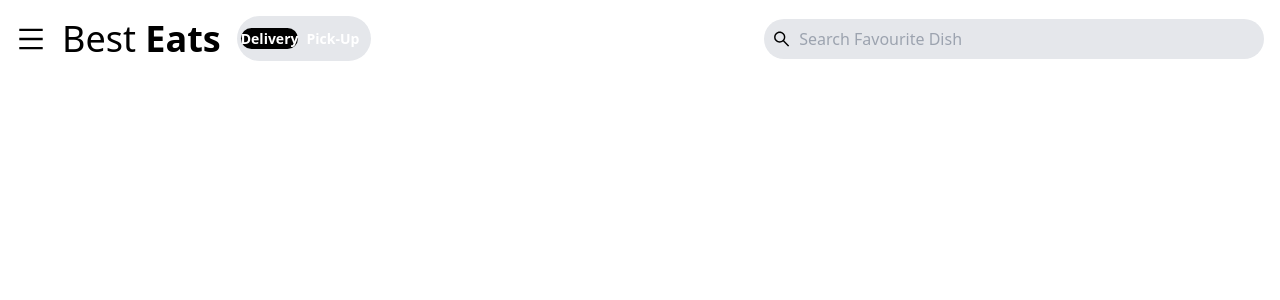
Repository: remydev47/best-eats
Page: /
These files come from the project's save history. The page is drawn as it stood at one moment and after the next save; the edit follows.
The browser window is 1280 px wide. The pictures show the whole page.
The project was rebuilt for these pictures with package versions that can differ from the ones it lists, and the page was loaded fresh each time. Also part of the build but not shown: src/App.css.

Above is the page before, as saved 2022-08-01 20:35:11.

### src/index.css
@tailwind base;
@tailwind components;
@tailwind utilities;

@layer base {
  button {
    @apply border border-black rounded-xl px-5 py-1;
  }
}

### src/App.js
import React from 'react'
import Navbar from './components/Navbar'
import './App.css';

function App() {
  return (
    <div>
      <Navbar />
    </div>
  );
}

export default App;

### src/components/Navbar.js
import React from 'react'
import { AiOutlineMenu, AiOutlineSearch } from 'react-icons/ai'

const Navbar = () => {
  return (
    <div className={styles.container}>
        <div className={styles.wrapper}>
         <div className={styles.iconcontainer}>
             <AiOutlineMenu size={30} />
         </div>
         <h1 className={styles.best}>
            Best <span className='font-bold'>Eats</span>
         </h1>
         <div className={styles.utilcontainer}>
            <p className={styles.delivery}>Delivery</p>
            <p className={styles.pick}>Pick-Up</p>
         </div>
        </div>
        <div className={styles.search}>
          <AiOutlineSearch size={20}/>
          <input
            className='bg-transparent p-2 focus:outline-none w-full'
            placeholder='Search Favourite Dish'
          />
        </div>
    </div>
  )
}

export default Navbar

const styles = {
    container:`flex justify-between mx-auto max-w-[1640px] items-center p-4`,
    wrapper:`flex items-center`,
    iconcontainer:`cursor-pointer`,
    utilcontainer:`hidden lg:flex items-center bg-gray-200 rounded-full p-1 text-[14px]`,
    best:`text-2xl, sm:text-3xl lg:text-4xl px-4`,
    delivery:`bg-black text-white rounded-full font-bold`,
    pick:`p-2 text-white font-bold`,
    search:`bg-gray-200 rounded-full flex items-center px-2 w-[200px] sm:w-[400px] lg:w-[500px]`
}

Loaded but not shown: public/index.html (common file); src/index.js (common file); src/reportWebVitals.js (common file); tailwind.config.js (common file)

After the next save:
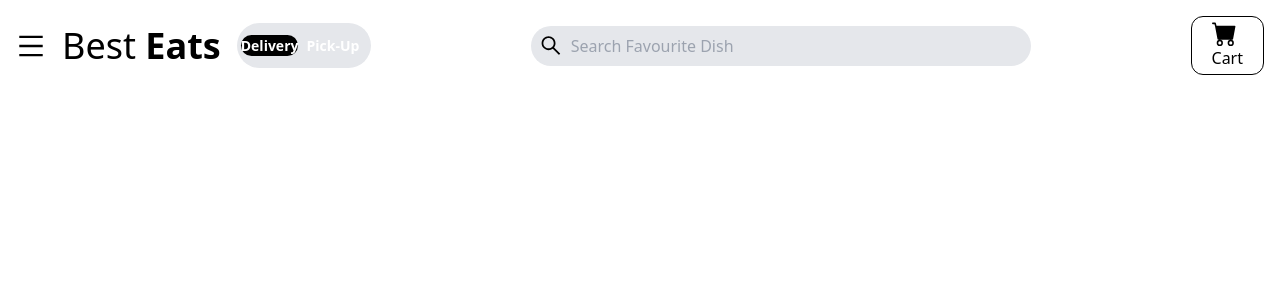
Saved 6 min 22 s later.
--- a/src/components/Navbar.js
+++ b/src/components/Navbar.js
@@ -1,5 +1,6 @@
 import React from 'react'
 import { AiOutlineMenu, AiOutlineSearch } from 'react-icons/ai'
+import { BsFillCartFill } from 'react-icons/bs'
 
 const Navbar = () => {
   return (
@@ -17,11 +18,16 @@
          </div>
         </div>
         <div className={styles.search}>
-          <AiOutlineSearch size={20}/>
+          <AiOutlineSearch size={25}/>
           <input
             className='bg-transparent p-2 focus:outline-none w-full'
             placeholder='Search Favourite Dish'
           />
+        </div>
+        <div className={styles.cartcontainer}>
+          <button>
+            <BsFillCartFill size={25} /> Cart
+          </button>
         </div>
     </div>
   )
@@ -37,5 +43,6 @@
     best:`text-2xl, sm:text-3xl lg:text-4xl px-4`,
     delivery:`bg-black text-white rounded-full font-bold`,
     pick:`p-2 text-white font-bold`,
-    search:`bg-gray-200 rounded-full flex items-center px-2 w-[200px] sm:w-[400px] lg:w-[500px]`
+    search:`bg-gray-200 rounded-full flex items-center px-2 w-[200px] sm:w-[400px] lg:w-[500px]`,
+    cartcontainer:``
 }
